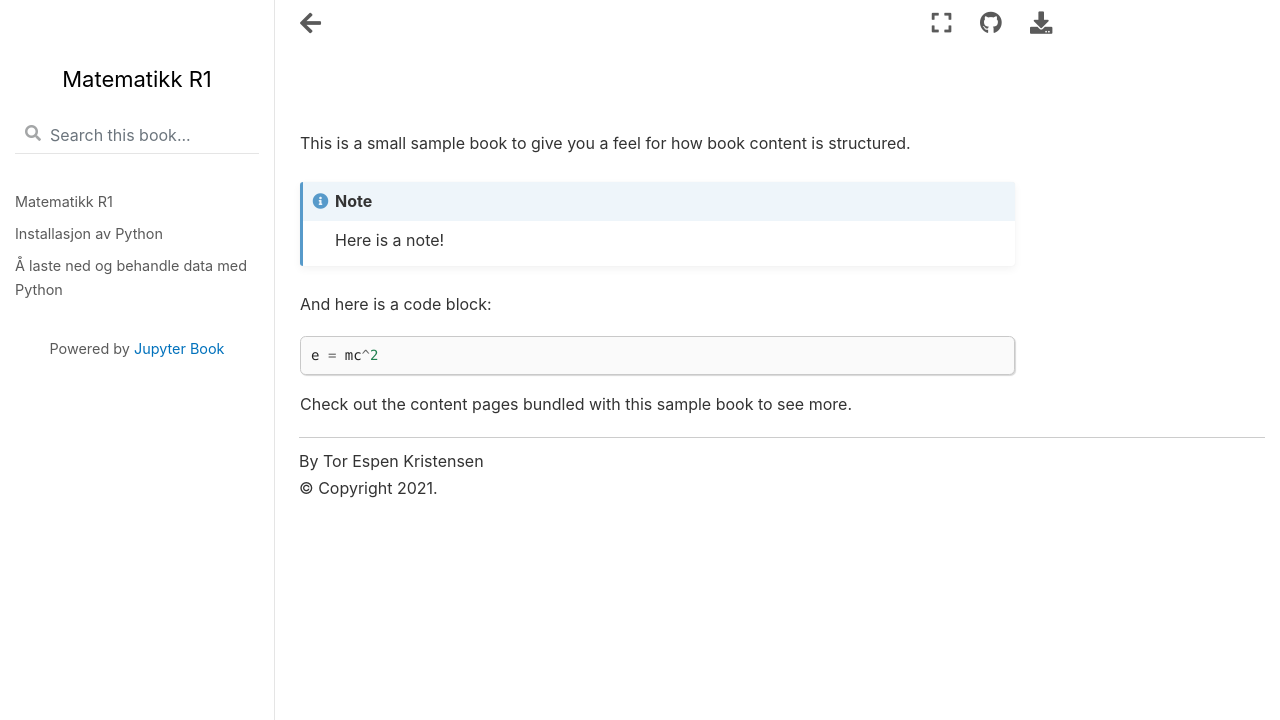
Repository: tork73/R1
Page: R1-programmering/_build/html/intro.html
The author's editor kept a copy of each file at every save. The page is drawn from the files as they stood at one save, then again after the next save.
The browser window is 1280 px wide. The pictures show the whole page.

Above is the page before, as saved 2022-01-31 10:32:08.

### R1-programmering/_build/html/intro.html

<!DOCTYPE html>

<html>
  <head>
    <meta charset="utf-8" />
    <meta name="viewport" content="width=device-width, initial-scale=1.0" />
    <title> &#8212; Matematikk R1</title>

  <link href="../_static/css/theme.css" rel="stylesheet">
  <link href="../_static/css/index.ff1ffe594081f20da1ef19478df9384b.css" rel="stylesheet">


  <link rel="stylesheet"
    href="../_static/vendor/fontawesome/5.13.0/css/all.min.css">
  <link rel="preload" as="font" type="font/woff2" crossorigin
    href="../_static/vendor/fontawesome/5.13.0/webfonts/fa-solid-900.woff2">
  <link rel="preload" as="font" type="font/woff2" crossorigin
    href="../_static/vendor/fontawesome/5.13.0/webfonts/fa-brands-400.woff2">





    <link rel="stylesheet" type="text/css" href="../_static/pygments.css" />
    <link rel="stylesheet" type="text/css" href="../_static/sphinx-book-theme.css?digest=c3fdc42140077d1ad13ad2f1588a4309" />
    <link rel="stylesheet" type="text/css" href="../_static/togglebutton.css" />
    <link rel="stylesheet" type="text/css" href="../_static/copybutton.css" />
    <link rel="stylesheet" type="text/css" href="../_static/mystnb.css" />
    <link rel="stylesheet" type="text/css" href="../_static/sphinx-thebe.css" />
    <link rel="stylesheet" type="text/css" href="../_static/proof.css" />
    <link rel="stylesheet" type="text/css" href="../_static/panels-main.c949a650a448cc0ae9fd3441c0e17fb0.css" />
    <link rel="stylesheet" type="text/css" href="../_static/panels-variables.06eb56fa6e07937060861dad626602ad.css" />

  <link rel="preload" as="script" href="../_static/js/index.be7d3bbb2ef33a8344ce.js">

    <script data-url_root="../" id="documentation_options" src="../_static/documentation_options.js"></script>
    <script src="../_static/jquery.js"></script>
    <script src="../_static/underscore.js"></script>
    <script src="../_static/doctools.js"></script>
    <script src="../_static/togglebutton.js"></script>
    <script src="../_static/clipboard.min.js"></script>
    <script src="../_static/copybutton.js"></script>
    <script>var togglebuttonSelector = '.toggle, .admonition.dropdown, .tag_hide_input div.cell_input, .tag_hide-input div.cell_input, .tag_hide_output div.cell_output, .tag_hide-output div.cell_output, .tag_hide_cell.cell, .tag_hide-cell.cell';</script>
    <script src="../_static/sphinx-book-theme.d59cb220de22ca1c485ebbdc042f0030.js"></script>
    <script async="async" src="https://unpkg.com/thebe@0.5.1/lib/index.js"></script>
    <script>
        const thebe_selector = ".thebe"
        const thebe_selector_input = "pre"
        const thebe_selector_output = ".output"
    </script>
    <script async="async" src="../_static/sphinx-thebe.js"></script>
    <link rel="index" title="Index" href="../genindex.html" />
    <link rel="search" title="Search" href="../search.html" />
    <meta name="viewport" content="width=device-width, initial-scale=1" />
    <meta name="docsearch:language" content="None">


    <!-- Google Analytics -->

  </head>
  <body data-spy="scroll" data-target="#bd-toc-nav" data-offset="80">

    <div class="container-fluid" id="banner"></div>



    <div class="container-xl">
      <div class="row">

<div class="col-12 col-md-3 bd-sidebar site-navigation show" id="site-navigation">

        <div class="navbar-brand-box">
    <a class="navbar-brand text-wrap" href="../index.html">



      <h1 class="site-logo" id="site-title">Matematikk R1</h1>

    </a>
</div><form class="bd-search d-flex align-items-center" action="../search.html" method="get">
  <i class="icon fas fa-search"></i>
  <input type="search" class="form-control" name="q" id="search-input" placeholder="Search this book..." aria-label="Search this book..." autocomplete="off" >
</form><nav class="bd-links" id="bd-docs-nav" aria-label="Main">
    <div class="bd-toc-item active">
        <ul class="nav bd-sidenav">
 <li class="toctree-l1">
  <a class="reference internal" href="../intro.html">
   Matematikk R1
  </a>
 </li>
</ul>
<ul class="nav bd-sidenav">
 <li class="toctree-l1">
  <a class="reference internal" href="../innledning-programmering.html">
   Installasjon av Python
  </a>
 </li>
 <li class="toctree-l1">
  <a class="reference internal" href="../data-pandas.html">
   Å laste ned og behandle data med Python
  </a>
 </li>
</ul>

    </div>
</nav> <!-- To handle the deprecated key -->

<div class="navbar_extra_footer">
  Powered by <a href="https://jupyterbook.org">Jupyter Book</a>
</div>

</div>






<main class="col py-md-3 pl-md-4 bd-content overflow-auto" role="main">

    <div class="topbar container-xl fixed-top">
    <div class="topbar-contents row">
        <div class="col-12 col-md-3 bd-topbar-whitespace site-navigation show"></div>
        <div class="col pl-md-4 topbar-main">

            <button id="navbar-toggler" class="navbar-toggler ml-0" type="button" data-toggle="collapse"
                data-toggle="tooltip" data-placement="bottom" data-target=".site-navigation" aria-controls="navbar-menu"
                aria-expanded="true" aria-label="Toggle navigation" aria-controls="site-navigation"
                title="Toggle navigation" data-toggle="tooltip" data-placement="left">
                <i class="fas fa-bars"></i>
                <i class="fas fa-arrow-left"></i>
                <i class="fas fa-arrow-up"></i>
            </button>


<div class="dropdown-buttons-trigger">
    <button id="dropdown-buttons-trigger" class="btn btn-secondary topbarbtn" aria-label="Download this page"><i
            class="fas fa-download"></i></button>

    <div class="dropdown-buttons">
        <!-- ipynb file if we had a myst markdown file -->

        <!-- Download raw file -->
        <a class="dropdown-buttons" href="../_sources/.history/intro_20220131103208.md"><button type="button"
                class="btn btn-secondary topbarbtn" title="Download source file" data-toggle="tooltip"
                data-placement="left">.md</button></a>
        <!-- Download PDF via print -->
        <button type="button" id="download-print" class="btn btn-secondary topbarbtn" title="Print to PDF"
                onclick="printPdf(this)" data-toggle="tooltip" data-placement="left">.pdf</button>
    </div>
</div>

            <!-- Source interaction buttons -->

<div class="dropdown-buttons-trigger">
    <button id="dropdown-buttons-trigger" class="btn btn-secondary topbarbtn"
        aria-label="Connect with source repository"><i class="fab fa-github"></i></button>
    <div class="dropdown-buttons sourcebuttons">
        <a class="repository-button"
            href="https://github.com/executablebooks/jupyter-book"><button type="button" class="btn btn-secondary topbarbtn"
                data-toggle="tooltip" data-placement="left" title="Source repository"><i
                    class="fab fa-github"></i>repository</button></a>
        <a class="issues-button"
            href="https://github.com/executablebooks/jupyter-book/issues/new?title=Issue%20on%20page%20%2F.history/intro_20220131103208.html&body=Your%20issue%20content%20here."><button
                type="button" class="btn btn-secondary topbarbtn" data-toggle="tooltip" data-placement="left"
                title="Open an issue"><i class="fas fa-lightbulb"></i>open issue</button></a>

    </div>
</div>

            <!-- Full screen (wrap in <a> to have style consistency -->

<a class="full-screen-button"><button type="button" class="btn btn-secondary topbarbtn" data-toggle="tooltip"
        data-placement="bottom" onclick="toggleFullScreen()" aria-label="Fullscreen mode"
        title="Fullscreen mode"><i
            class="fas fa-expand"></i></button></a>

            <!-- Launch buttons -->

        </div>

        <!-- Table of contents -->
        <div class="d-none d-md-block col-md-2 bd-toc show noprint">

        </div>
    </div>
</div>
    <div id="main-content" class="row">
        <div class="col-12 col-md-9 pl-md-3 pr-md-0">
            <!-- Table of contents that is only displayed when printing the page -->
            <div id="jb-print-docs-body" class="onlyprint">
                <h1></h1>
                <!-- Table of contents -->
                <div id="print-main-content">
                    <div id="jb-print-toc">

                    </div>
                </div>
            </div>

              <div>

  <div class="tex2jax_ignore mathjax_ignore section" id="id1">
<h1><a class="headerlink" href="#id1" title="Permalink to this headline">¶</a></h1>
<p>This is a small sample book to give you a feel for how book content is
structured.</p>
<div class="admonition note">
<p class="admonition-title">Note</p>
<p>Here is a note!</p>
</div>
<p>And here is a code block:</p>
<div class="highlight-default notranslate"><div class="highlight"><pre><span></span><span class="n">e</span> <span class="o">=</span> <span class="n">mc</span><span class="o">^</span><span class="mi">2</span>
</pre></div>
</div>
<p>Check out the content pages bundled with this sample book to see more.</p>
</div>

    <script type="text/x-thebe-config">
    {
        requestKernel: true,
        binderOptions: {
            repo: "binder-examples/jupyter-stacks-datascience",
            ref: "master",
        },
        codeMirrorConfig: {
            theme: "abcdef",
            mode: "python"
        },
        kernelOptions: {
            kernelName: "python3",
            path: "./.history"
        },
        predefinedOutput: true
    }
    </script>
    <script>kernelName = 'python3'</script>

              </div>


                <!-- Previous / next buttons -->
<div class='prev-next-area'>
</div>

        </div>
    </div>
    <footer class="footer">
  <p>

      By Tor Espen Kristensen<br/>

        &copy; Copyright 2021.<br/>
  </p>
</footer>
</main>


      </div>
    </div>

  <script src="../_static/js/index.be7d3bbb2ef33a8344ce.js"></script>

  </body>
</html>

### R1-programmering/_build/html/_static/togglebutton.css
/* Visibility of the target */
.toggle, div.admonition.toggle .admonition-title ~ * {
    transition: opacity .5s, height .5s;
}

.toggle-hidden:not(.admonition) {
    visibility: hidden;
    opacity: 0;
    height: 1.5em;
    margin: 0px;
    padding: 0px;
}

/* Overrides for admonition toggles */

/* Titles should cut off earlier to avoid overlapping w/ button */
div.admonition.toggle p.admonition-title {
    padding-right: 25%;
}

/* hides all the content of a page until de-toggled */
div.admonition.toggle-hidden .admonition-title ~ * {
    height: 0;
    margin: 0;
    float: left; /* so they overlap when hidden */
    opacity: 0;
    visibility: hidden;
}

/* Toggle buttons inside admonitions so we see the title */
.toggle.admonition {
    position: relative;
}

.toggle.admonition.admonition-title:after {
    content: "" !important;
}

/* Note, we'll over-ride this in sphinx-book-theme */
.toggle.admonition button.toggle-button {
    margin-right: 0.5em;
    right: 0em;
    position: absolute;
    top: .2em;
}

/* General button style */
button.toggle-button {
    background: #999;
    border: none;
    z-index: 100;
    right: -2.5em;
    margin-left: -2.5em; /* A hack to keep code blocks from being pushed left */
    position: relative;
    float: right;
    border-radius: 100%;
    width: 1.5em;
    height: 1.5em;
    padding: 0px;
}

@media (min-width: 768px) {
    button.toggle-button.toggle-button-hidden:before {
        content: "Click to show";
        position: absolute;
        font-size: .8em;
        left: -6.5em;
        bottom: .4em;
    }
}


/* Plus / minus toggles */
.toggle-button .bar {
    background-color: white;
    position: absolute;
    left: 15%;
    top: 43%;
    width: 16px;
    height: 3px;
}

.toggle-button .vertical {
    transition: all 0.25s ease-in-out;
    transform-origin: center;
}

.toggle-button-hidden .vertical {
    transform: rotate(-90deg);
}

### R1-programmering/_build/html/_static/copybutton.css
/* Copy buttons */
button.copybtn {
    position: absolute;
    display: flex;
    top: .3em;
    right: .5em;
    width: 1.7em;
    height: 1.7em;
	opacity: 0;
    transition: opacity 0.3s, border .3s, background-color .3s;
    user-select: none;
    padding: 0;
    border: none;
    outline: none;
    border-radius: 0.4em;
    border: #e1e1e1 1px solid;
    background-color: rgb(245, 245, 245);
}

button.copybtn.success {
    border-color: #22863a;
}

button.copybtn img {
    width: 100%;
    padding: .2em;
}

div.highlight  {
    position: relative;
}

.highlight:hover button.copybtn {
	opacity: 1;
}

.highlight button.copybtn:hover {
    background-color: rgb(235, 235, 235);
}

.highlight button.copybtn:active {
    background-color: rgb(187, 187, 187);
}

/**
 * A minimal CSS-only tooltip copied from:
 *   https://codepen.io/mildrenben/pen/rVBrpK
 *
 * To use, write HTML like the following:
 *
 * <p class="o-tooltip--left" data-tooltip="Hey">Short</p>
 */
 .o-tooltip--left {
  position: relative;
 }

 .o-tooltip--left:after {
    opacity: 0;
    visibility: hidden;
    position: absolute;
    content: attr(data-tooltip);
    padding: .2em;
    font-size: .8em;
    left: -.2em;
    background: grey;
    color: white;
    white-space: nowrap;
    z-index: 2;
    border-radius: 2px;
    transform: translateX(-102%) translateY(0);
    transition: opacity 0.2s cubic-bezier(0.64, 0.09, 0.08, 1), transform 0.2s cubic-bezier(0.64, 0.09, 0.08, 1);
}

.o-tooltip--left:hover:after {
    display: block;
    opacity: 1;
    visibility: visible;
    transform: translateX(-100%) translateY(0);
    transition: opacity 0.2s cubic-bezier(0.64, 0.09, 0.08, 1), transform 0.2s cubic-bezier(0.64, 0.09, 0.08, 1);
    transition-delay: .5s;
}

### R1-programmering/_build/html/_static/sphinx-thebe.css
/* Thebelab Buttons */
.thebelab-button {
    z-index: 999;
    display: inline-block;
    padding: 0.35em 1.2em;
    margin: 0px 1px;
    border-radius: 0.12em;
    box-sizing:  border-box;
    text-decoration: none;
    font-family: 'Roboto', sans-serif;
    font-weight: 300;
    text-align: center;
    transition: all 0.2s;
    background-color: #dddddd;
    border: 0.05em solid white;
    color: #000000;
}

.thebelab-button:hover{
    border: 0.05em solid black;
    background-color: #fcfcfc;
}

.thebe-launch-button {
    height: 2.2em;
    font-size: .8em;
    border: 1px black solid;
}

/* Thebelab Cell */
.thebelab-cell pre {
  background: none;
}

.thebelab-cell .thebelab-input {
    padding-left: 1em;
    margin-bottom: .5em;
    margin-top: .5em;
}

.thebelab-cell .jp-OutputArea {
    margin-top: .5em;
    margin-left: 1em;
}

button.thebelab-button.thebelab-run-button {
    margin-left: 1.5em;
    margin-bottom: .5em;
}

/* Loading button */
button.thebe-launch-button div.spinner {
    float: left;
    margin-right: 1em;
}

/* Remove the spinner when thebelab is ready */
.thebe-launch-button.thebe-status-ready .spinner {
    display: none;
}

.thebe-launch-button span.status {
    font-family: monospace;
    font-weight: bold;
}

.thebe-launch-button.thebe-status-ready span.status {
    color: green;
}

.spinner {
    height: 2em;
    text-align: center;
    font-size: 0.7em;
  }

  .spinner > div {
    background-color: #F37726;
    height: 100%;
    width: 6px;
    display: inline-block;

    -webkit-animation: sk-stretchdelay 1.2s infinite ease-in-out;
    animation: sk-stretchdelay 1.2s infinite ease-in-out;
  }

  .spinner .rect2 {
    -webkit-animation-delay: -1.1s;
    animation-delay: -1.1s;
  }

  .spinner .rect3 {
    -webkit-animation-delay: -1.0s;
    animation-delay: -1.0s;
  }

  .spinner .rect4 {
    -webkit-animation-delay: -0.9s;
    animation-delay: -0.9s;
  }

  .spinner .rect5 {
    -webkit-animation-delay: -0.8s;
    animation-delay: -0.8s;
  }

  @-webkit-keyframes sk-stretchdelay {
    0%, 40%, 100% { -webkit-transform: scaleY(0.4) }
    20% { -webkit-transform: scaleY(1.0) }
  }

  @keyframes sk-stretchdelay {
    0%, 40%, 100% {
      transform: scaleY(0.4);
      -webkit-transform: scaleY(0.4);
    }  20% {
      transform: scaleY(1.0);
      -webkit-transform: scaleY(1.0);
    }
  }

### R1-programmering/_build/html/_static/panels-main.c949a650a448cc0ae9fd3441c0e17fb0.css
details.dropdown .summary-title{padding-right:3em !important;-moz-user-select:none;-ms-user-select:none;-webkit-user-select:none;user-select:none}details.dropdown:hover{cursor:pointer}details.dropdown .summary-content{cursor:default}details.dropdown summary{list-style:none;padding:1em}details.dropdown summary .octicon.no-title{vertical-align:middle}details.dropdown[open] summary .octicon.no-title{visibility:hidden}details.dropdown summary::-webkit-details-marker{display:none}details.dropdown summary:focus{outline:none}details.dropdown summary:hover .summary-up svg,details.dropdown summary:hover .summary-down svg{opacity:1}details.dropdown .summary-up svg,details.dropdown .summary-down svg{display:block;opacity:.6}details.dropdown .summary-up,details.dropdown .summary-down{pointer-events:none;position:absolute;right:1em;top:.75em}details.dropdown[open] .summary-down{visibility:hidden}details.dropdown:not([open]) .summary-up{visibility:hidden}details.dropdown.fade-in[open] summary~*{-moz-animation:panels-fade-in .5s ease-in-out;-webkit-animation:panels-fade-in .5s ease-in-out;animation:panels-fade-in .5s ease-in-out}details.dropdown.fade-in-slide-down[open] summary~*{-moz-animation:panels-fade-in .5s ease-in-out, panels-slide-down .5s ease-in-out;-webkit-animation:panels-fade-in .5s ease-in-out, panels-slide-down .5s ease-in-out;animation:panels-fade-in .5s ease-in-out, panels-slide-down .5s ease-in-out}@keyframes panels-fade-in{0%{opacity:0}100%{opacity:1}}@keyframes panels-slide-down{0%{transform:translate(0, -10px)}100%{transform:translate(0, 0)}}.octicon{display:inline-block;fill:currentColor;vertical-align:text-top}.tabbed-content{box-shadow:0 -.0625rem var(--tabs-color-overline),0 .0625rem var(--tabs-color-underline);display:none;order:99;padding-bottom:.75rem;padding-top:.75rem;width:100%}.tabbed-content>:first-child{margin-top:0 !important}.tabbed-content>:last-child{margin-bottom:0 !important}.tabbed-content>.tabbed-set{margin:0}.tabbed-set{border-radius:.125rem;display:flex;flex-wrap:wrap;margin:1em 0;position:relative}.tabbed-set>input{opacity:0;position:absolute}.tabbed-set>input:checked+label{border-color:var(--tabs-color-label-active);color:var(--tabs-color-label-active)}.tabbed-set>input:checked+label+.tabbed-content{display:block}.tabbed-set>input:focus+label{outline-style:auto}.tabbed-set>input:not(.focus-visible)+label{outline:none;-webkit-tap-highlight-color:transparent}.tabbed-set>label{border-bottom:.125rem solid transparent;color:var(--tabs-color-label-inactive);cursor:pointer;font-size:var(--tabs-size-label);font-weight:700;padding:1em 1.25em .5em;transition:color 250ms;width:auto;z-index:1}html .tabbed-set>label:hover{color:var(--tabs-color-label-active)}

Loaded but not shown: R1-programmering/_build/html/_static/css/index.ff1ffe594081f20da1ef19478df9384b.css (library); R1-programmering/_build/html/_static/vendor/fontawesome/5.13.0/css/all.min.css (library); R1-programmering/_build/html/_static/sphinx-book-theme.css (library); R1-programmering/_build/html/_static/panels-variables.06eb56fa6e07937060861dad626602ad.css (common file); R1-programmering/_build/html/_static/js/index.be7d3bbb2ef33a8344ce.js (library); R1-programmering/_build/html/_static/documentation_options.js (common file); R1-programmering/_build/html/_static/jquery.js (library); R1-programmering/_build/html/_static/underscore.js (library); R1-programmering/_build/html/_static/clipboard.min.js (library); R1-programmering/_build/html/_static/doctools.js (323 lines, source omitted); R1-programmering/_build/html/_static/copybutton.js (197 lines, source omitted); R1-programmering/_build/html/_static/sphinx-thebe.js (96 lines, source omitted); R1-programmering/_build/html/_static/sphinx-book-theme.d59cb220de22ca1c485ebbdc042f0030.js (22 lines, source omitted); R1-programmering/_build/html/_static/togglebutton.js (76 lines, source omitted); R1-programmering/_build/html/_static/basic.css (905 lines, source omitted); R1-programmering/_build/html/_static/proof.css (196 lines, source omitted); R1-programmering/_build/html/_static/css/theme.css (120 lines, source omitted); R1-programmering/_build/html/_static/pygments.css (69 lines, source omitted); R1-programmering/_build/html/_static/mystnb.css (183 lines, source omitted)

After the next save:
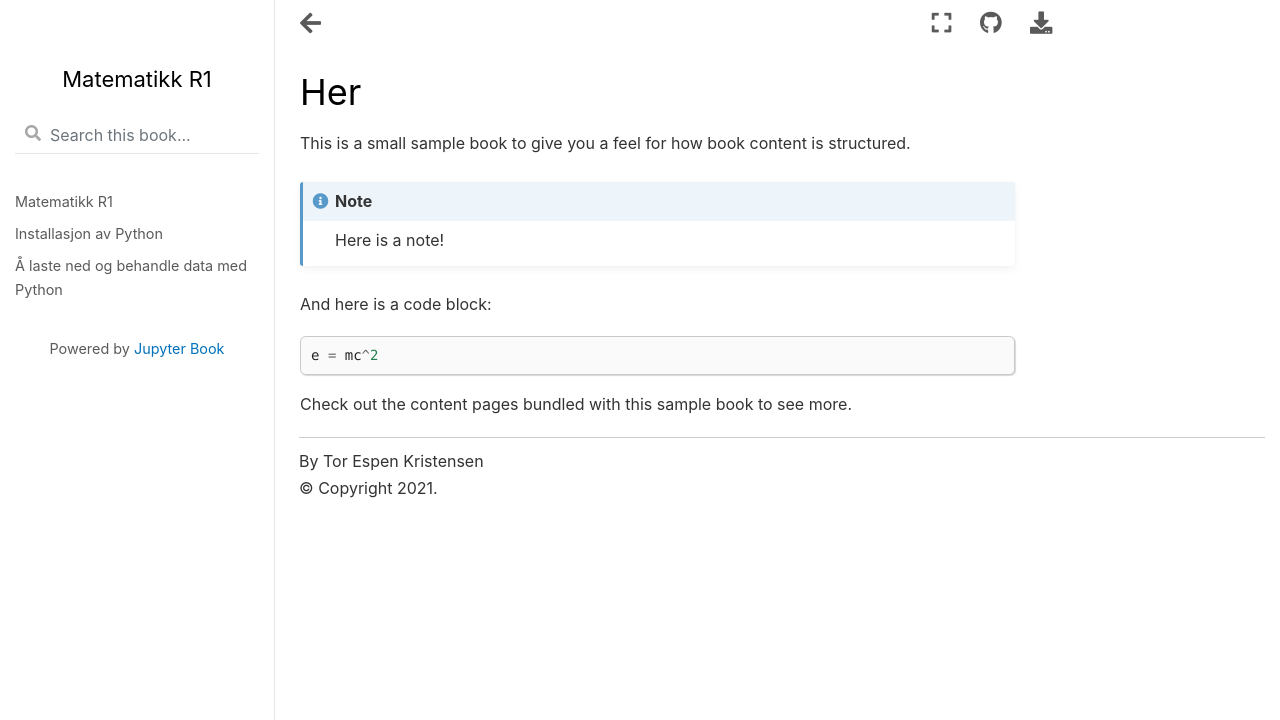
Saved 10 s later.
--- a/R1-programmering/_build/html/intro.html
+++ b/R1-programmering/_build/html/intro.html
@@ -5,7 +5,7 @@
   <head>
     <meta charset="utf-8" />
     <meta name="viewport" content="width=device-width, initial-scale=1.0" />
-    <title> &#8212; Matematikk R1</title>
+    <title>Her &#8212; Matematikk R1</title>
 
   <link href="../_static/css/theme.css" rel="stylesheet">
   <link href="../_static/css/index.ff1ffe594081f20da1ef19478df9384b.css" rel="stylesheet">
@@ -142,7 +142,7 @@
         <!-- ipynb file if we had a myst markdown file -->
 
         <!-- Download raw file -->
-        <a class="dropdown-buttons" href="../_sources/.history/intro_20220131103208.md"><button type="button"
+        <a class="dropdown-buttons" href="../_sources/.history/intro_20220131103218.md"><button type="button"
                 class="btn btn-secondary topbarbtn" title="Download source file" data-toggle="tooltip"
                 data-placement="left">.md</button></a>
         <!-- Download PDF via print -->
@@ -162,7 +162,7 @@
                 data-toggle="tooltip" data-placement="left" title="Source repository"><i
                     class="fab fa-github"></i>repository</button></a>
         <a class="issues-button"
-            href="https://github.com/executablebooks/jupyter-book/issues/new?title=Issue%20on%20page%20%2F.history/intro_20220131103208.html&body=Your%20issue%20content%20here."><button
+            href="https://github.com/executablebooks/jupyter-book/issues/new?title=Issue%20on%20page%20%2F.history/intro_20220131103218.html&body=Your%20issue%20content%20here."><button
                 type="button" class="btn btn-secondary topbarbtn" data-toggle="tooltip" data-placement="left"
                 title="Open an issue"><i class="fas fa-lightbulb"></i>open issue</button></a>
 
@@ -190,7 +190,7 @@
         <div class="col-12 col-md-9 pl-md-3 pr-md-0">
             <!-- Table of contents that is only displayed when printing the page -->
             <div id="jb-print-docs-body" class="onlyprint">
-                <h1></h1>
+                <h1>Her</h1>
                 <!-- Table of contents -->
                 <div id="print-main-content">
                     <div id="jb-print-toc">
@@ -201,8 +201,8 @@
 
               <div>
 
-  <div class="tex2jax_ignore mathjax_ignore section" id="id1">
-<h1><a class="headerlink" href="#id1" title="Permalink to this headline">¶</a></h1>
+  <div class="tex2jax_ignore mathjax_ignore section" id="her">
+<h1>Her<a class="headerlink" href="#her" title="Permalink to this headline">¶</a></h1>
 <p>This is a small sample book to give you a feel for how book content is
 structured.</p>
 <div class="admonition note">
